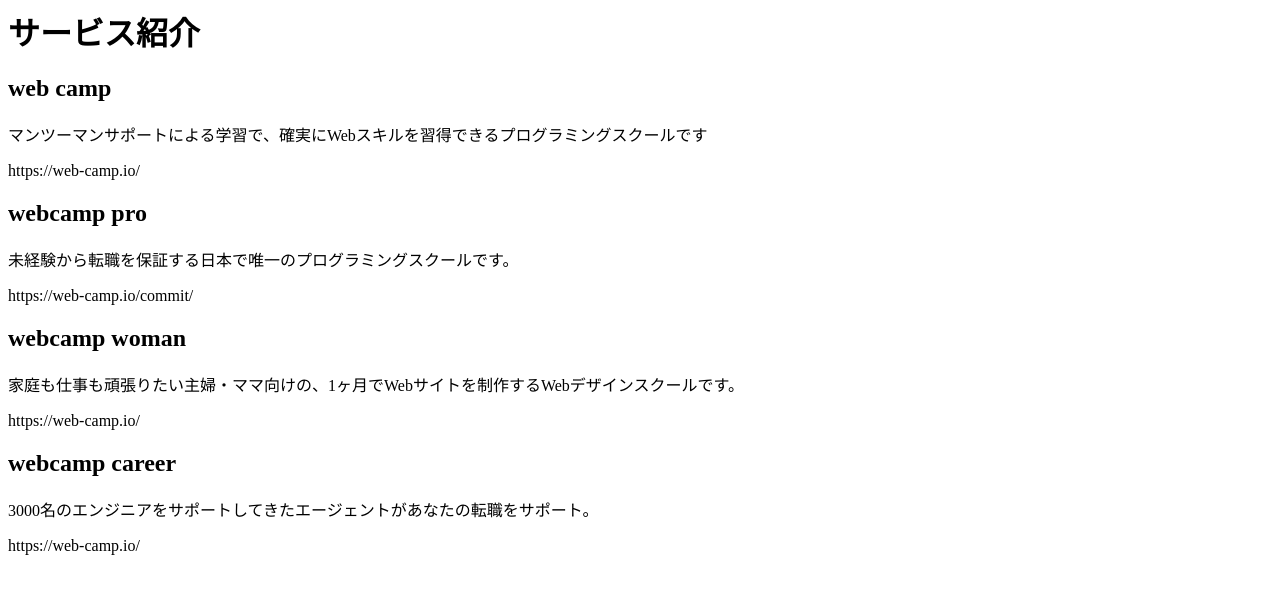
Repository: artD07/-1
Page: sample/sample.html
The author's editor kept a record of every edit. The page is drawn from the files as they stood at one moment, then again after the next edit.
The browser window is 1280 px wide. The pictures show the whole page.

Above is the page before.

### sample/sample.html
<! DOCTYPE HTML>
<html lang="ja"
<head>
   <meta charset="UTF-8" />
    <title>２章演習</title>

    <h1>サービス紹介</h1>
    <h2>web camp</h2>
    <p>マンツーマンサポートによる学習で、確実にWebスキルを習得できるプログラミングスクールです</p>
    <a>https://web-camp.io/</a>
    <h2>webcamp pro</h2>
    <p>未経験から転職を保証する日本で唯一のプログラミングスクールです。</p>
    <a>https://web-camp.io/commit/</a>
    <h2>webcamp woman</h2>
    <p>家庭も仕事も頑張りたい主婦・ママ向けの、1ヶ月でWebサイトを制作するWebデザインスクールです。</p>
    <a>https://web-camp.io/</a>
    <h2>webcamp career</h2>
    <p>3000名のエンジニアをサポートしてきたエージェントがあなたの転職をサポート。</p>
    <a>https://web-camp.io/</a>
</head>

After the next edit:
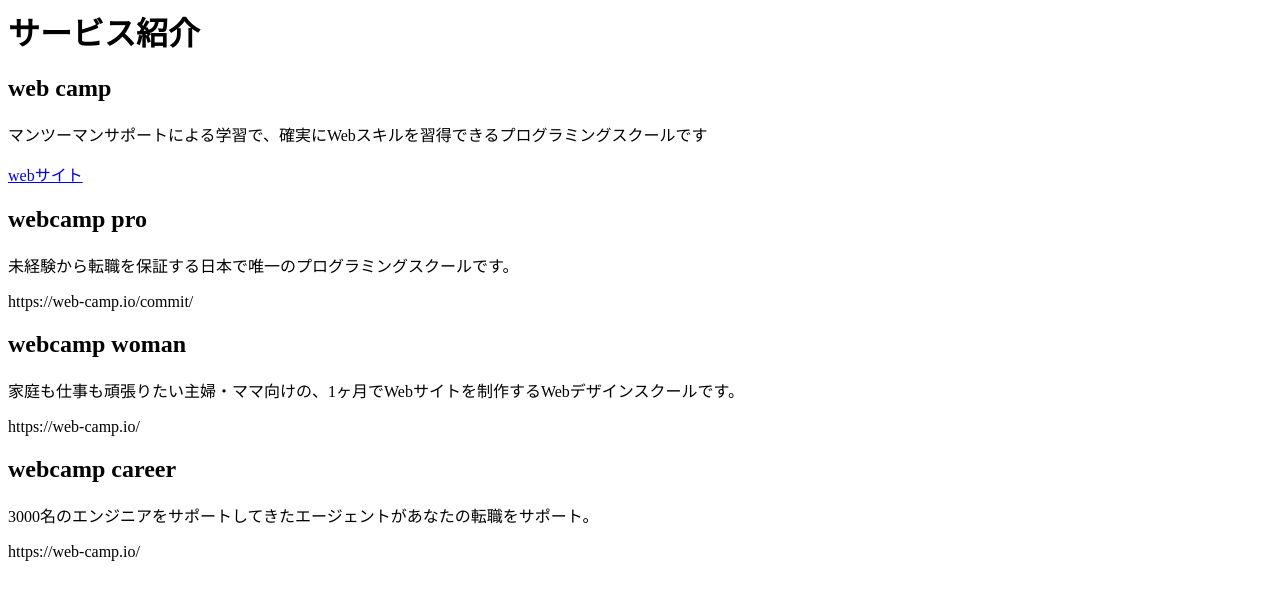
The edit:
--- a/sample/sample.html
+++ b/sample/sample.html
@@ -7,7 +7,7 @@
     <h1>サービス紹介</h1>
     <h2>web camp</h2>
     <p>マンツーマンサポートによる学習で、確実にWebスキルを習得できるプログラミングスクールです</p>
-    <a>https://web-camp.io/</a>
+    <a href="https://web-camp.io">webサイト</a>
     <h2>webcamp pro</h2>
     <p>未経験から転職を保証する日本で唯一のプログラミングスクールです。</p>
     <a>https://web-camp.io/commit/</a>
